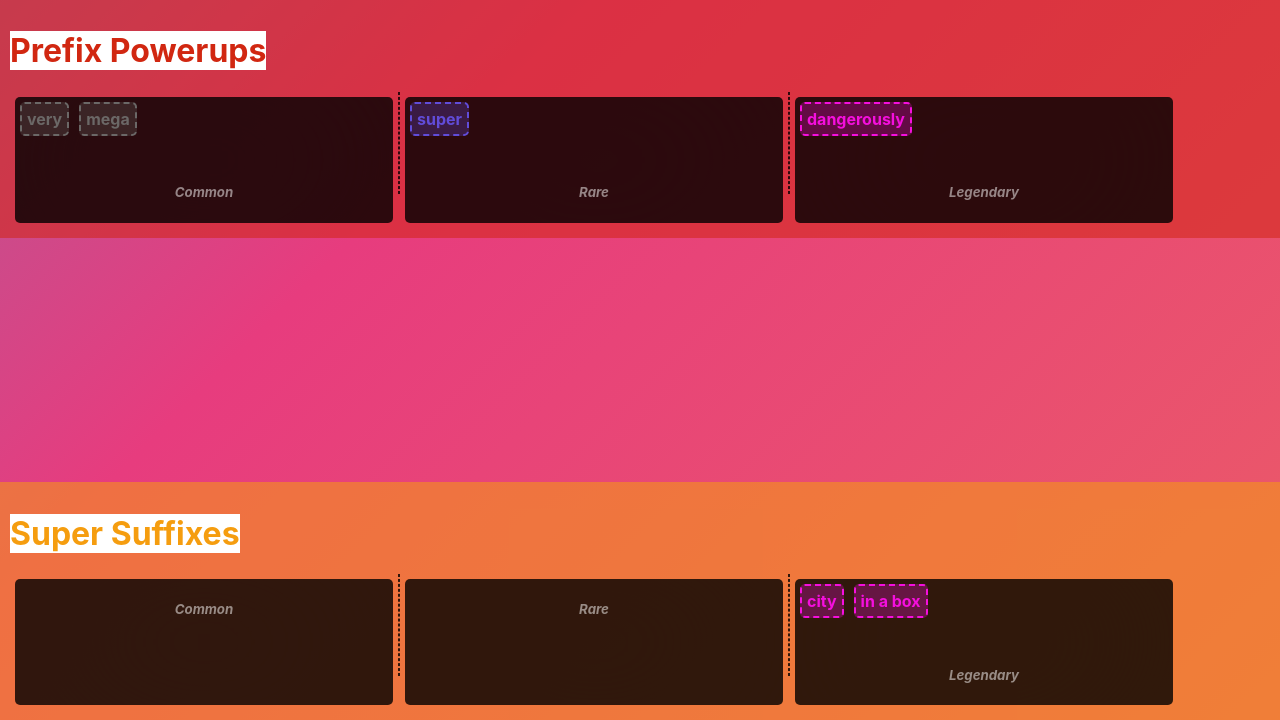
Repository: bsalgado98/buns-inator
Page: /
An editor plug-in stored every save of this project. The page is shown before and after the next save, followed by the edit.
The browser window is 1280 px wide. The pictures show the whole page.
The project was rebuilt for these pictures with package versions that can differ from the ones it lists, and the page was loaded fresh each time.

Above is the page before, as saved 2022-04-25 23:28:36.

After the next save:
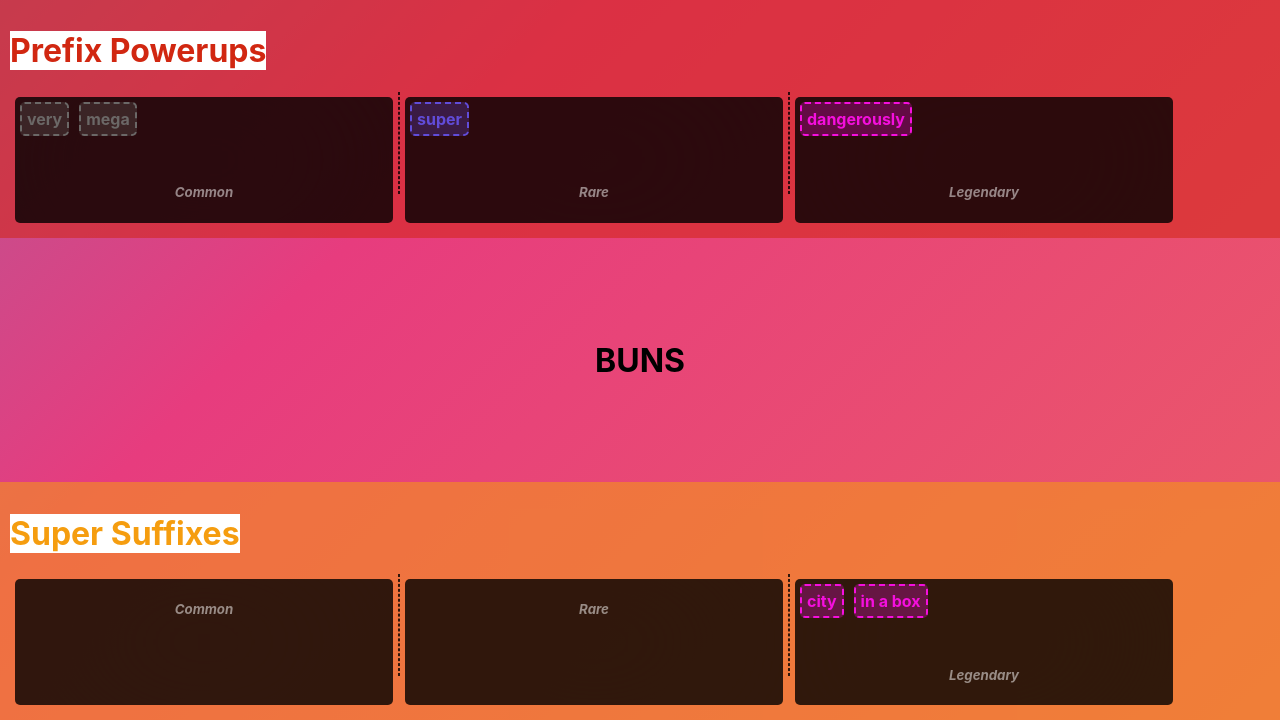
Saved 11 s later.
--- a/src/App.js
+++ b/src/App.js
@@ -53,7 +53,7 @@ function App() {
                 <WordBank bankTitle='Prefix Powerups' color={COLOR.PREFIX_POWERUPS} wordCollection={wordList.prefixPowerups} />
             </div>
             <div className="subject-card-container">
-                <SubjectCard />
+                <SubjectCard text="BUNS"/>
             </div>
             <div className="word-bank">
                 <WordBank bankTitle='Super Suffixes' color={COLOR.SUPER_SUFFIXES} wordCollection={wordList.superSuffixes} />
